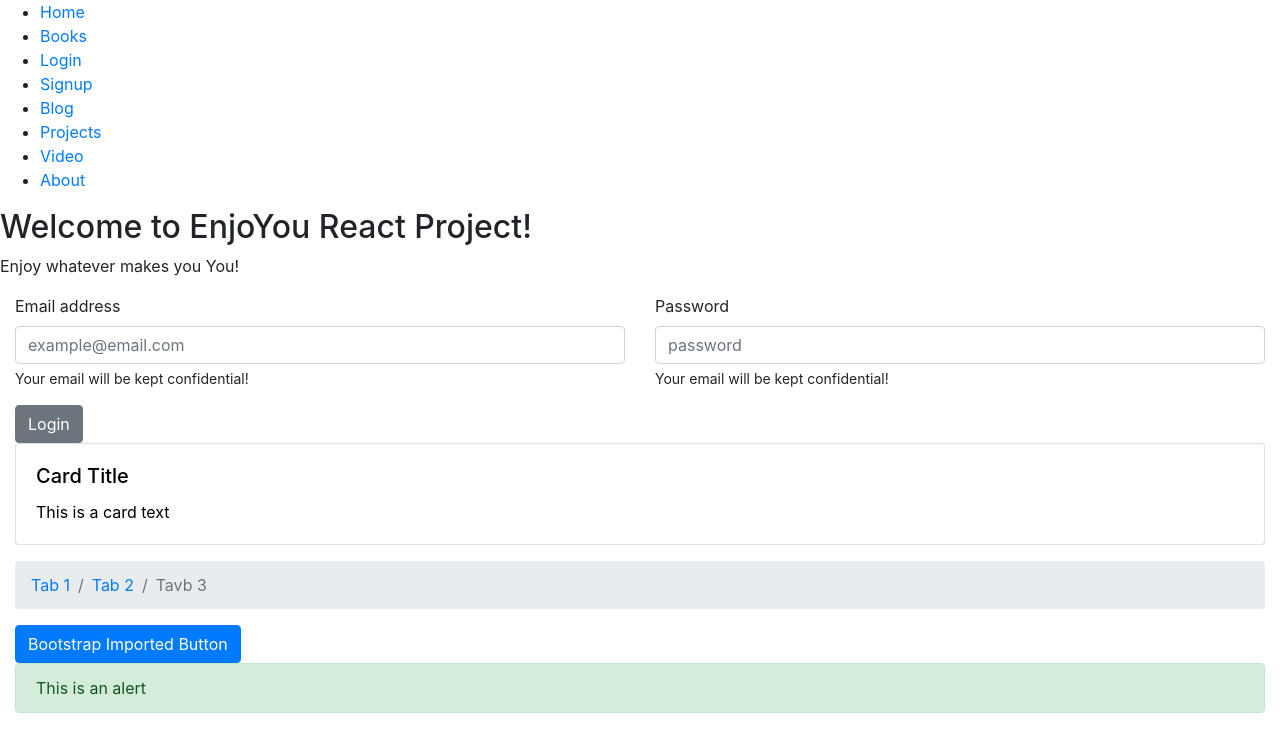
Repository: ebo-arcadia/enjoyou
Page: /
The author's editor kept a copy of each file at every save. The page is drawn from the files as they stood at one save, then again after the next save.
The browser window is 1280 px wide. The pictures show the whole page.
The project was rebuilt for these pictures with package versions that can differ from the ones it lists, and the page was loaded fresh each time. Also part of the build but not shown: src/containers/Login.js.

Above is the page before, as saved 2021-04-19 22:54:52.

### src/containers/App.js
import React from "react";
import 'bootstrap/dist/css/bootstrap.min.css';
import { Container, Row, Col, Button, Alert, Breadcrumb, Card, Form } from 'react-bootstrap';
import { BrowserRouter as Router, Switch, Route, Link } from "react-router-dom";
// import { NavBar } from '../components/NavBar'
import Home from '../components/Home';
import BooksList from '../components/BooksList';
import Login from '../containers/Login';
import Signup from '../containers/Signup';
import Blog from '../containers/Blog';
import Projects from '../containers/Projects';
import Video from '../containers/Video';
import About from '../components/About'

export default function App() {
  return (
    <React.Fragment>
    <Router>
      <div>
        <nav>
          <ul>
            <li> <Link to="/">Home</Link> </li>
            <li> <Link to="/books">Books</Link> </li>
            <li> <Link to="/login">Login</Link> </li>
            <li> <Link to="/signup">Signup</Link> </li>
            <li> <Link to="/blog">Blog</Link> </li>
            <li> <Link to="/projects">Projects</Link> </li>
            <li> <Link to="/video">Video</Link> </li>
            <li> <Link to="/about">About</Link> </li>
          </ul>
        </nav>

        {/* A <Switch> looks through its children <Route>s and
            renders the first one that matches the current URL. */}
        <Switch>
          <Route path="/home"><Home /></Route>
          <Route path="/books"><BooksList /></Route>
          <Route path="/login"><Login /></Route>
          <Route path="/signup"><Signup /></Route>
          <Route path="/blog"><Blog /></Route>
          <Route path="/projects"><Projects /></Route>
          <Route path="/video"><Video /></Route>
          <Route path="/about"><About /></Route>
          <Route exact path="/"><Home /></Route>
        </Switch>
      </div>
    </Router>

    <header className="App-header">
      <Container fluid>
        <Form>
          <Row>
            <Col md>
              <Form.Group controlId="forEmail">
                <Form.Label>Email address</Form.Label>
                <Form.Control type="email" placeholder="example@email.com" />
                <Form.Text>
                  Your email will be kept confidential!
                </Form.Text>
              </Form.Group>
            </Col>

            <Col md>
              <Form.Group controlId="forPassword">
              <Form.Label>Password</Form.Label>
              <Form.Control type="email" placeholder="password" />
              <Form.Text>
                Your email will be kept confidential!
              </Form.Text>
              </Form.Group>
            </Col>
          </Row>
          <Button variant="secondary" type="submit">Login</Button>
        </Form>

        <Card className="mb-3" style={{ color: "#000"}}>
          <Card.Img />
          <Card.Body>
            <Card.Title>Card Title</Card.Title>
            <Card.Text>This is a card text</Card.Text>
          </Card.Body>
        </Card>

        <Breadcrumb>
          <Breadcrumb.Item>Tab 1</Breadcrumb.Item>
          <Breadcrumb.Item>Tab 2</Breadcrumb.Item>
          <Breadcrumb.Item active>Tavb 3</Breadcrumb.Item>
        </Breadcrumb>
        <Button variant="primary">Bootstrap Imported Button</Button>
        <Alert variant="success">This is an alert</Alert>
      </Container>
      </header>
    </React.Fragment>
  );
}

// function Home()        { return <h2>Home</h2> }
// function About()       { return <h2>About</h2> }
// function Users()       { return <h2>Users</h2> }
// function Books()       { return <h2>Books</h2> }
// function Bestseller()  { return <h2>Best Seller</h2> }
// function Notes()       { return <h2>Notes</h2> }

### src/components/Home.js
import React from 'react';

const Home = () => {
    return (
        <div>
            <h2>Welcome to EnjoYou React Project!</h2>
            <p>Enjoy whatever makes you You!</p>
        </div>
    );
}

export default Home;

Loaded but not shown: public/index.html (common file); src/index.js (common file); src/index.css (common file); src/reportWebVitals.js (common file); src/components/BooksList.js (no stored copy; drawn as an empty file); src/containers/signup.js (no stored copy; drawn as an empty file); src/containers/blog.js (no stored copy; drawn as an empty file); src/containers/Projects.js (no stored copy; drawn as an empty file); src/containers/video.js (no stored copy; drawn as an empty file); src/components/About.js (no stored copy; drawn as an empty file)

After the next save:
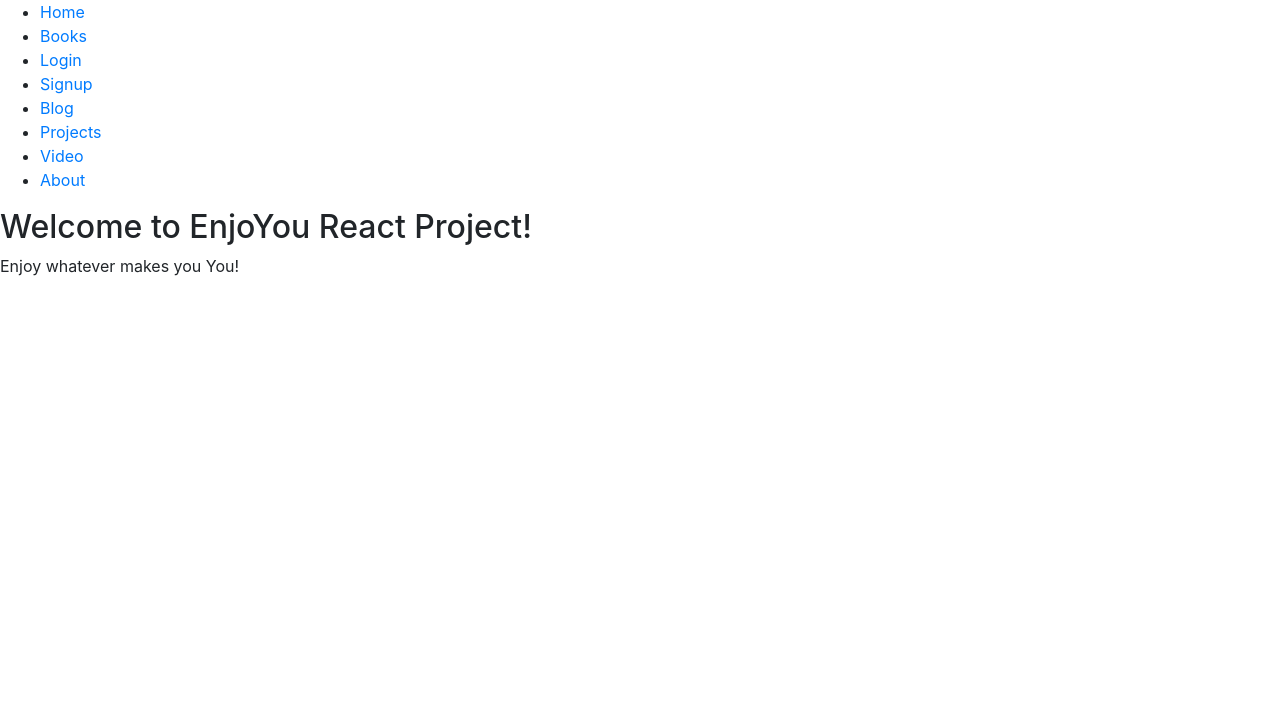
Saved 22 s later.
--- a/src/containers/App.js
+++ b/src/containers/App.js
@@ -1,6 +1,5 @@
 import React from "react";
 import 'bootstrap/dist/css/bootstrap.min.css';
-import { Container, Row, Col, Button, Alert, Breadcrumb, Card, Form } from 'react-bootstrap';
 import { BrowserRouter as Router, Switch, Route, Link } from "react-router-dom";
 // import { NavBar } from '../components/NavBar'
 import Home from '../components/Home';
@@ -15,81 +14,36 @@ import About from '../components/About'
 export default function App() {
   return (
     <React.Fragment>
-    <Router>
-      <div>
-        <nav>
-          <ul>
-            <li> <Link to="/">Home</Link> </li>
-            <li> <Link to="/books">Books</Link> </li>
-            <li> <Link to="/login">Login</Link> </li>
-            <li> <Link to="/signup">Signup</Link> </li>
-            <li> <Link to="/blog">Blog</Link> </li>
-            <li> <Link to="/projects">Projects</Link> </li>
-            <li> <Link to="/video">Video</Link> </li>
-            <li> <Link to="/about">About</Link> </li>
-          </ul>
-        </nav>
+      <Router>
+        <div>
+          <nav>
+            <ul>
+              <li> <Link to="/">Home</Link> </li>
+              <li> <Link to="/books">Books</Link> </li>
+              <li> <Link to="/login">Login</Link> </li>
+              <li> <Link to="/signup">Signup</Link> </li>
+              <li> <Link to="/blog">Blog</Link> </li>
+              <li> <Link to="/projects">Projects</Link> </li>
+              <li> <Link to="/video">Video</Link> </li>
+              <li> <Link to="/about">About</Link> </li>
+            </ul>
+          </nav>
 
-        {/* A <Switch> looks through its children <Route>s and
-            renders the first one that matches the current URL. */}
-        <Switch>
-          <Route path="/home"><Home /></Route>
-          <Route path="/books"><BooksList /></Route>
-          <Route path="/login"><Login /></Route>
-          <Route path="/signup"><Signup /></Route>
-          <Route path="/blog"><Blog /></Route>
-          <Route path="/projects"><Projects /></Route>
-          <Route path="/video"><Video /></Route>
-          <Route path="/about"><About /></Route>
-          <Route exact path="/"><Home /></Route>
-        </Switch>
-      </div>
-    </Router>
-
-    <header className="App-header">
-      <Container fluid>
-        <Form>
-          <Row>
-            <Col md>
-              <Form.Group controlId="forEmail">
-                <Form.Label>Email address</Form.Label>
-                <Form.Control type="email" placeholder="example@email.com" />
-                <Form.Text>
-                  Your email will be kept confidential!
-                </Form.Text>
-              </Form.Group>
-            </Col>
-
-            <Col md>
-              <Form.Group controlId="forPassword">
-              <Form.Label>Password</Form.Label>
-              <Form.Control type="email" placeholder="password" />
-              <Form.Text>
-                Your email will be kept confidential!
-              </Form.Text>
-              </Form.Group>
-            </Col>
-          </Row>
-          <Button variant="secondary" type="submit">Login</Button>
-        </Form>
-
-        <Card className="mb-3" style={{ color: "#000"}}>
-          <Card.Img />
-          <Card.Body>
-            <Card.Title>Card Title</Card.Title>
-            <Card.Text>This is a card text</Card.Text>
-          </Card.Body>
-        </Card>
-
-        <Breadcrumb>
-          <Breadcrumb.Item>Tab 1</Breadcrumb.Item>
-          <Breadcrumb.Item>Tab 2</Breadcrumb.Item>
-          <Breadcrumb.Item active>Tavb 3</Breadcrumb.Item>
-        </Breadcrumb>
-        <Button variant="primary">Bootstrap Imported Button</Button>
-        <Alert variant="success">This is an alert</Alert>
-      </Container>
-      </header>
+          {/* A <Switch> looks through its children <Route>s and
+              renders the first one that matches the current URL. */}
+          <Switch>
+            <Route path="/home"><Home /></Route>
+            <Route path="/books"><BooksList /></Route>
+            <Route path="/login"><Login /></Route>
+            <Route path="/signup"><Signup /></Route>
+            <Route path="/blog"><Blog /></Route>
+            <Route path="/projects"><Projects /></Route>
+            <Route path="/video"><Video /></Route>
+            <Route path="/about"><About /></Route>
+            <Route exact path="/"><Home /></Route>
+          </Switch>
+        </div>
+      </Router>
     </React.Fragment>
   );
 }
